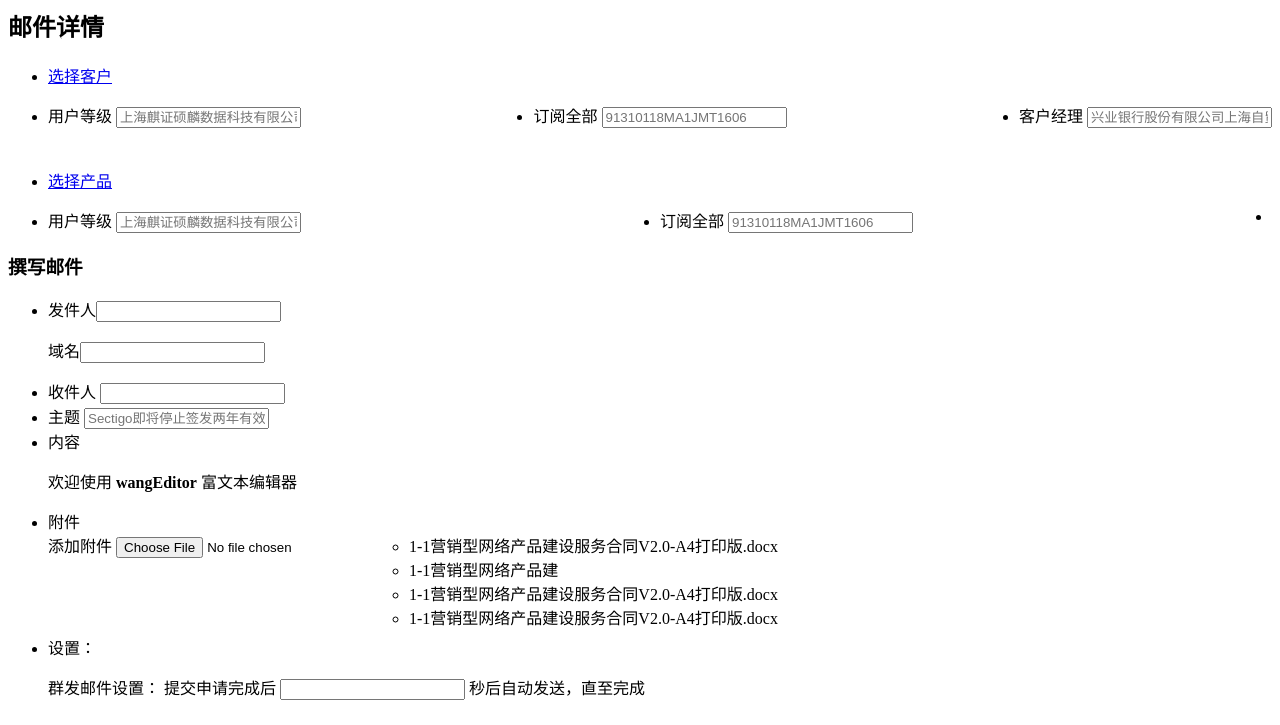
Repository: wangyan466393/racentSystem
Page: createEmail.html
The author's editor kept a copy of each file at every save. The page is drawn from the files as they stood at one save, then again after the next save.
The browser window is 1280 px wide. The pictures show the whole page.

Above is the page before, as saved 2020-08-11 14:05:39.
Console error: ReferenceError: $ is not defined

After the next save:
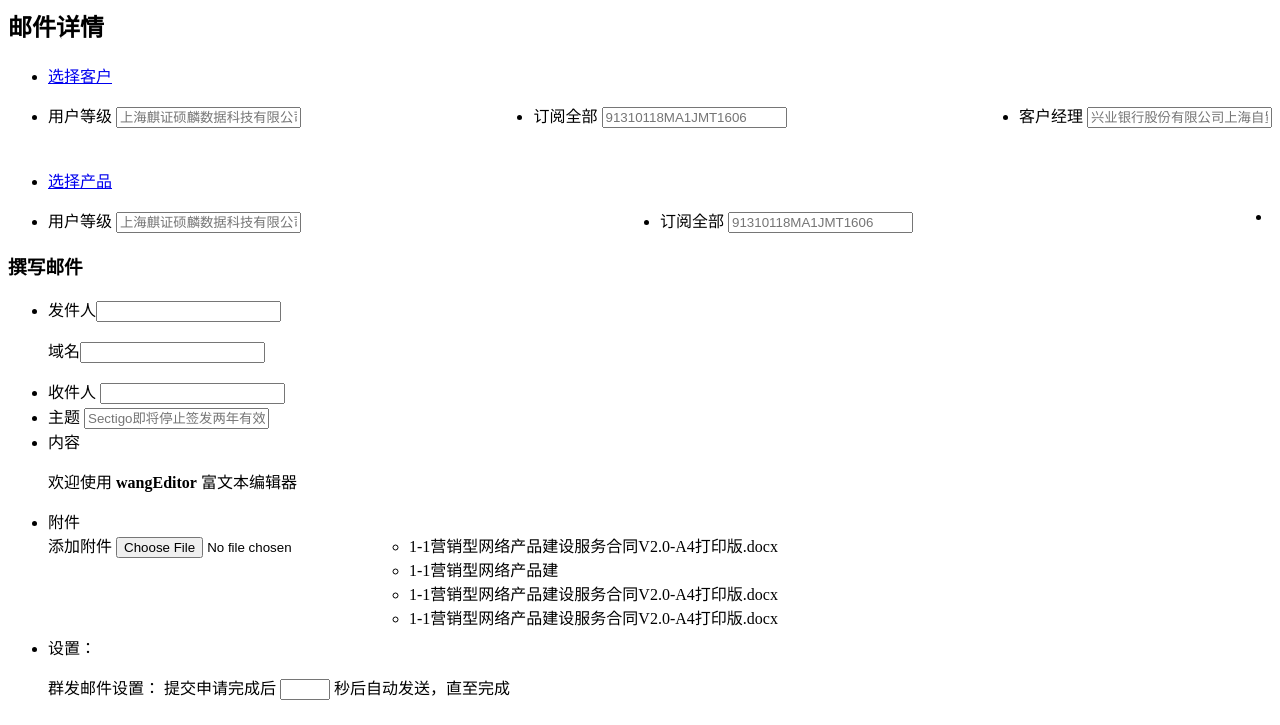
Saved 19 s later.
--- a/createEmail.html
+++ b/createEmail.html
@@ -117,7 +117,7 @@
                 <div style="width: 100%;">
                     群发邮件设置：
                     提交申请完成后
-                    <input type="text" width="50">
+                    <input type="text" style="width: 50px;">
                     秒后自动发送，直至完成
                 </div>
             </li>
